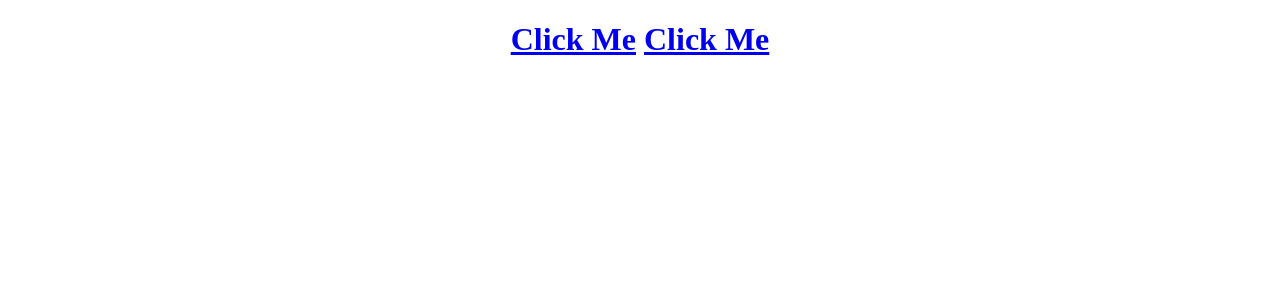
Repository: Hashim-Ansari-82/Servlet-And-JSP
Page: FirstServletDemo/src/main/webapp/index.html
The author's editor kept a copy of each file at every save. The page is drawn from the files as they stood at one save, then again after the next save.
The browser window is 1280 px wide. The pictures show the whole page.

Above is the page before, as saved 2026-06-01 17:39:08.

After the next save:
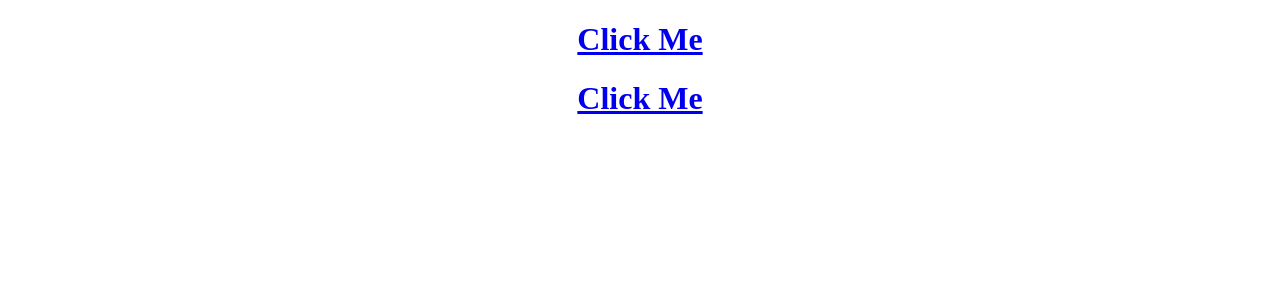
Saved 25 s later.
--- a/FirstServletDemo/src/main/webapp/index.html
+++ b/FirstServletDemo/src/main/webapp/index.html
@@ -8,6 +8,8 @@
 <body>
 <h1 style="text-align:center">
 <a href="login"> Click Me</a>
+</h1>
+<h1 style="text-align:center">
 <a href="register"> Click Me</a>
 </h1>
 </body>
